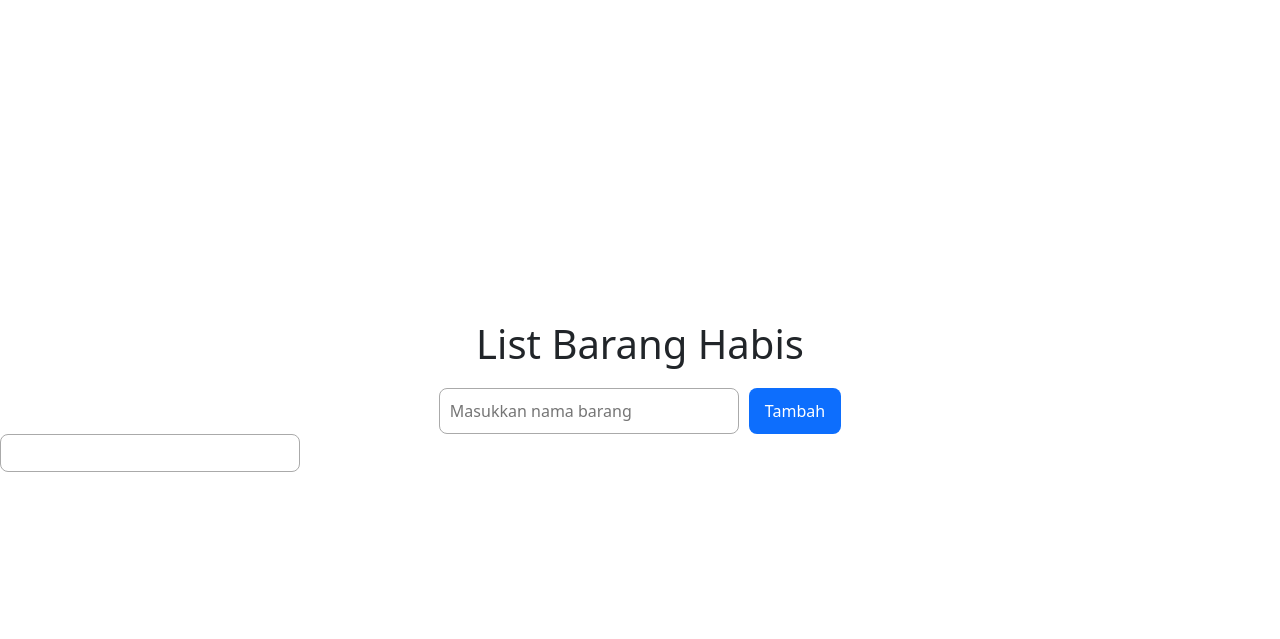
Repository: amorysdeo/dirumah
Page: index.html
These files come from the project's save history. The page is drawn as it stood at one moment and after a run of saves; the edit follows.
The browser window is 1280 px wide. The pictures show the whole page.

Above is the page before, as saved 2025-11-27 12:00:22.

### index.html
<!DOCTYPE html>
<html lang="en">
<head>
    <meta charset="UTF-8">
    <meta name="viewport" content="width=device-width, initial-scale=1.0">
    <link rel="stylesheet" href="css.css">
    <link href="https://cdn.jsdelivr.net/npm/bootstrap@5.3.3/dist/css/bootstrap.min.css" rel="stylesheet">

    <title>Belanja</title>
</head>
<body>
    <div id="main-box">
        <div id="title">
            <h1>List Barang Habis</h1>
        </div>
        <div id="inputan">
            <input type="text" id="barang" name="barang" placeholder="Masukkan nama barang">
            <button>Tambah</button>
        </div>
    </div>
    <div id="list-box">
        <ul></ul>
    </div>

    <script src="https://cdn.jsdelivr.net/npm/@popperjs/core@2.11.8/dist/umd/popper.min.js"></script>
    <script src="https://cdn.jsdelivr.net/npm/bootstrap@5.3.3/dist/js/bootstrap.min.js"></script>
</body>
</html>

### css.css
body {
    padding-top: 25%;
    margin: 0;
    background-color: #f5f5f5;
}

/* BOX UTAMA */
#main-box {
    /* background-color: aqua; */
    width: 75%;
    max-width: 500px;

    /* INI YANG NENGAHAN KANAN-KIRI */
    margin-left: auto;
    margin-right: auto;

    margin-top: ;

    /* Biar kontennya center */
    text-align: center;

}

/* TITLE */
#title h1 {
    margin-bottom: 20px;
}

/* INPUT + BUTTON */
#inputan {
    display: flex;
    justify-content: center;
    gap: 10px;
}

#inputan input {
    padding: 10px;
    width: 70%;
    max-width: 300px;
    border-radius: 8px;
    border: 1px solid #aaa;
    font-size: 16px;
}

#inputan button {
    padding: 10px 16px;
    border-radius: 8px;
    border: none;
    background-color: #0d6efd;
    color: white;
    font-size: 16px;
    cursor: pointer;
    transition: 0.2s;
}

#inputan button:hover {
    background-color: #0b5ed7;
}

#list-box{
    padding: 10px;
    width: 70%;
    max-width: 300px;
    border-radius: 8px;
    border: 1px solid #aaa;
}

After the next 3 saves:
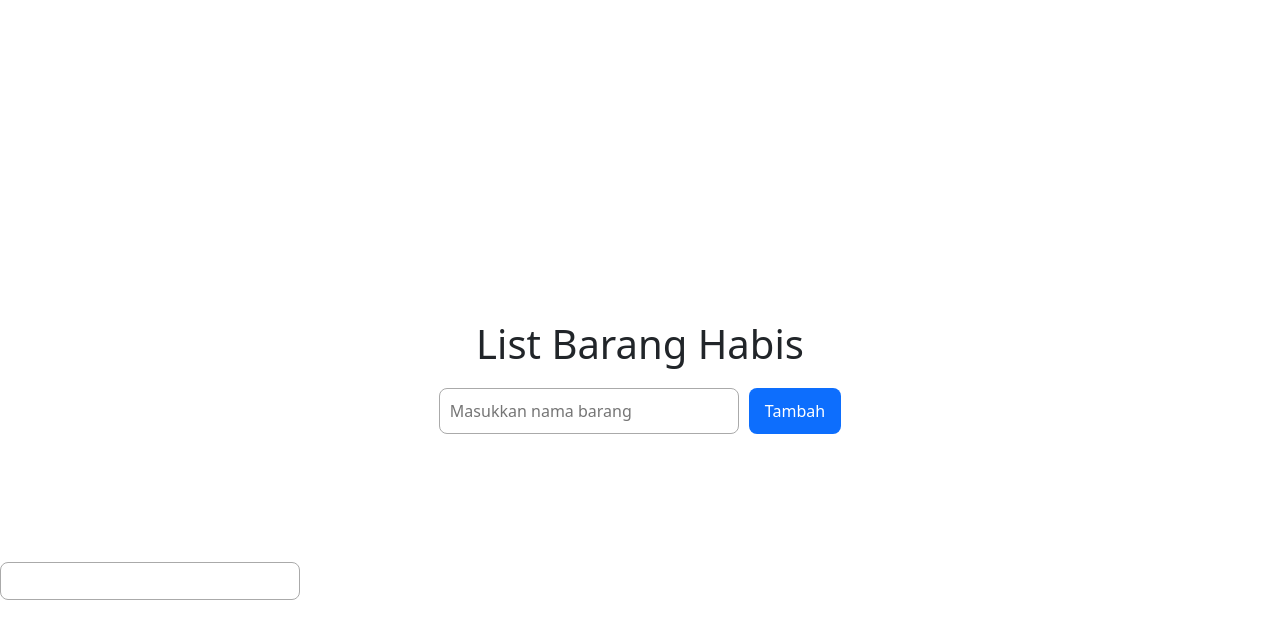
The 3 saves are shown as one change because they came seconds apart.
The last was saved 8 s later.
--- a/css.css
+++ b/css.css
@@ -14,7 +14,7 @@ body {
     margin-left: auto;
     margin-right: auto;
 
-    margin-top: ;
+    margin-bottom: 10%;
 
     /* Biar kontennya center */
     text-align: center;
